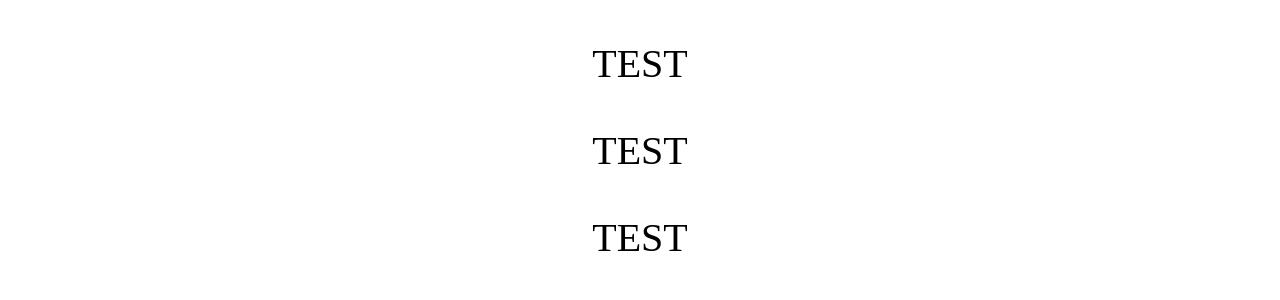
Repository: dreadlocker/testingOnPhones
Page: index.html
The author's editor kept a copy of each file at every save. The page is drawn from the files as they stood at one save, then again after the next save.
The browser window is 1280 px wide. The pictures show the whole page.

Above is the page before, as saved 2018-07-03 15:34:21.

### index.html
<!DOCTYPE html>
<html lang="en">

<head>
    <meta charset="UTF-8">
    <meta name="HandheldFriendly" content="true">
    <meta http-equiv="X-UA-Compatible" content="ie=edge">
    <script src="https://ajax.googleapis.com/ajax/libs/jquery/3.3.1/jquery.min.js"></script>
    <title>Safari on iPhone X</title>

    <!-- <meta name="viewport" content="width=device-width, initial-scale=1.0"> -->
    <!-- <meta name="viewport" content="width=device-width, initial-scale=1.0, user-scalable=0, user-scalable=no"> -->
    <meta name="viewport" content="width=device-width, initial-scale=1.0, minimum-scale=1.0, maximum-scale=1.0, user-scalable=no">
    <!-- <meta name="HandheldFriendly" content="true" /> -->
    <!-- <meta name="viewport" content="width=device-width, initial-scale=1.0, maximum-scale=1.0, user-scalable=0" /> -->
    <!-- <meta name="viewport" content="width=640px, initial-scale=.5, maximum-scale=.5" /> -->
    <!-- <meta name="viewport" content="width=device-width, initial-scale=1.0, maximum-scale=1.0, user-scalable=no" /> -->
    <!-- <meta name="viewport" content="width=640px, initial-scale=.5, maximum-scale=.5" /> -->
    <!-- <meta name="viewport" content="width=device-width, initial-scale=1.0, maximum-scale=1"> -->
    <!-- <meta name="viewport" content="width=device-width, initial-scale=1.0, maximum-scale=1.0, user-scalable=no" /> -->
    <!-- <meta name="viewport" content="width=device-width, initial-scale=1.0, shrink-to-fit=no"> -->
    <!-- <meta name="viewport" content="user-scalable=no" /> -->
    <!-- <meta name="viewport" content="width=device-width, initial-scale=1, maximum-scale=1, user-scalable=0" /> -->
    <!-- <meta name="viewport" content="width = 320, initial-scale = 1, user-scalable = no, minimum-scale=1, maximum-scale=1">-->
    <!-- <meta name="viewport" content="user-scalable=no" /> -->
    <!-- <meta name="viewport" id="viewport" content="width=device-width,minimum-scale=1.0,maximum-scale=1.0,initial-scale=1.0" /> -->
    <!-- <meta name="viewport" id="viewport" content="width=device-width,minimum-scale=1.0,maximum-scale=10.0,initial-scale=1.0" /> -->

</head>

<body>
    <p style="text-align: center; font-size: 40px;">TEST</p>
    <p style="text-align: center; font-size: 40px;">TEST</p>
    <p style="text-align: center; font-size: 40px;">TEST</p>

    <script>
        document.addEventListener('gesturestart', function (event) {
            alert("Don't use zoom please!");
            if (event.scale !== 1) {
                var scale = 'scale(1)';
                document.html.style.webkitTransform = scale; // Chrome, Opera, Safari
                document.html.style.msTransform = scale; // IE 9
                document.html.style.transform = scale; // General
                document.body.style.webkitTransform = scale; // Chrome, Opera, Safari
                document.body.style.msTransform = scale; // IE 9
                document.body.style.transform = scale; // General
                // event.preventDefault();
            }
            // alert('No Zomm in');
        }, false);

        // document.addEventListener('gesturestart', function (event) {
        //     alert("Don't use zoom please!");
        //     event.preventDefault();
        //     alert('No Zomm in');

        //     var viewportmeta = document.querySelector('meta[name="viewport"]');
        //     viewportmeta.setAttribute(
        //         '‚content‘,’width=device-width,initial-scale=1.0,minimum-scale=1.0,maximum-scale=1.0,user-scalable=no'
        //     );

        //     if (event.scale !== 1) {
        //         alert(event.scale);
        //         alert('No Zomm in2')
        //         event.preventDefault();
        //         event.scale = 1;

        //     }
        // }, false);


        // document.addEventListener('gesturestart', function (e) { // e.preventDefault(); // });
    </script>

    <style>
    </style>
</body>

</html>

After the next save:
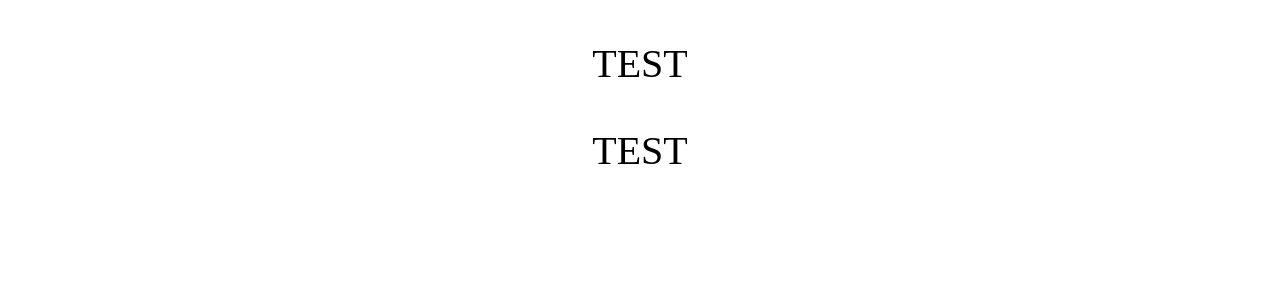
Saved 78 s later.
--- a/index.html
+++ b/index.html
@@ -31,11 +31,9 @@
 <body>
     <p style="text-align: center; font-size: 40px;">TEST</p>
     <p style="text-align: center; font-size: 40px;">TEST</p>
-    <p style="text-align: center; font-size: 40px;">TEST</p>
 
     <script>
         document.addEventListener('gesturestart', function (event) {
-            alert("Don't use zoom please!");
             if (event.scale !== 1) {
                 var scale = 'scale(1)';
                 document.html.style.webkitTransform = scale; // Chrome, Opera, Safari
@@ -46,6 +44,7 @@
                 document.body.style.transform = scale; // General
                 // event.preventDefault();
             }
+            alert("Don't use zoom please!");
             // alert('No Zomm in');
         }, false);
 
